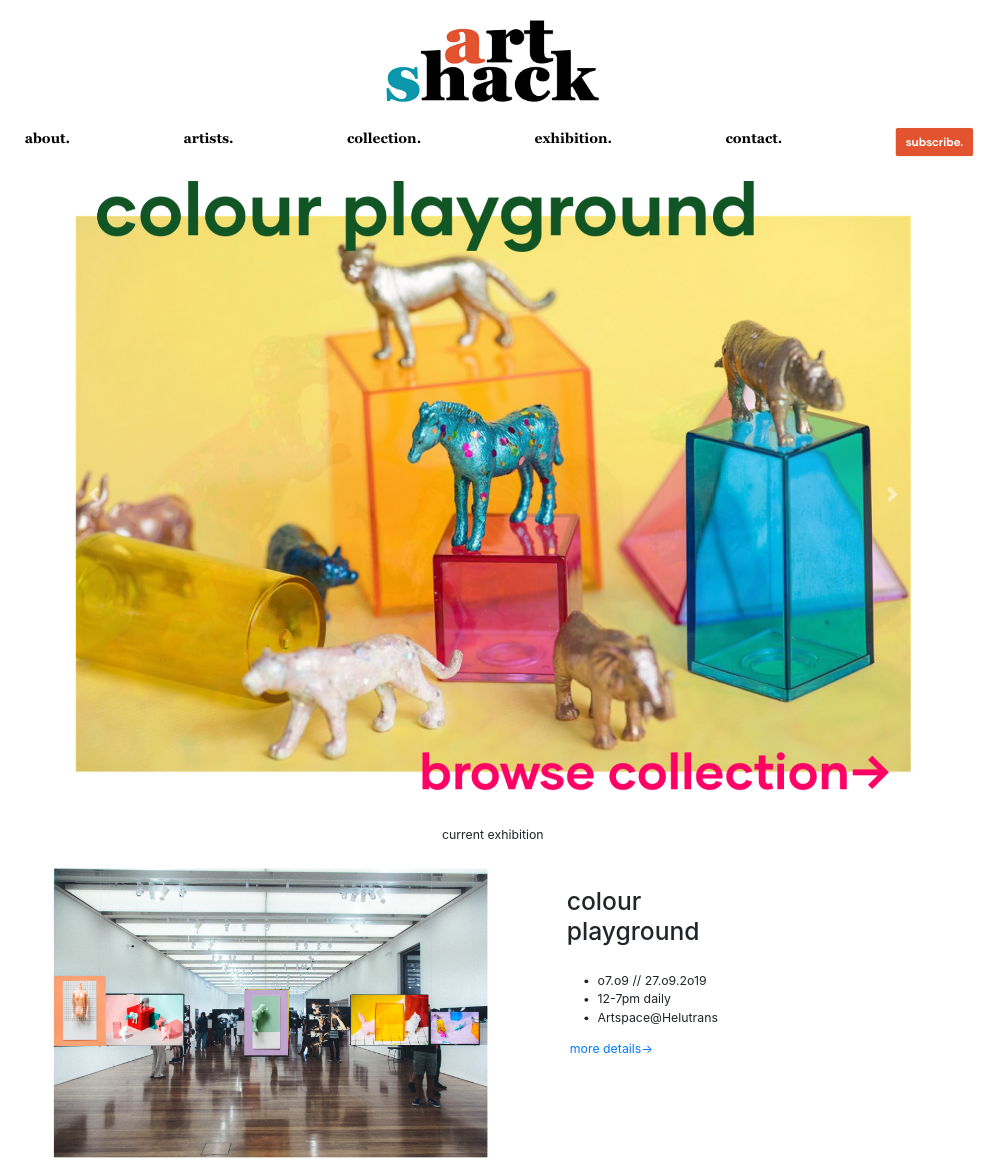
Repository: lynette-lyf/artshack
Page: index.html
The author's editor kept a record of every edit. The page is drawn from the files as they stood at one moment, then again after the next edit.
The browser window is 1280 px wide. The pictures show the whole page, at 77% of full size.

Above is the page before.

After the next edit:
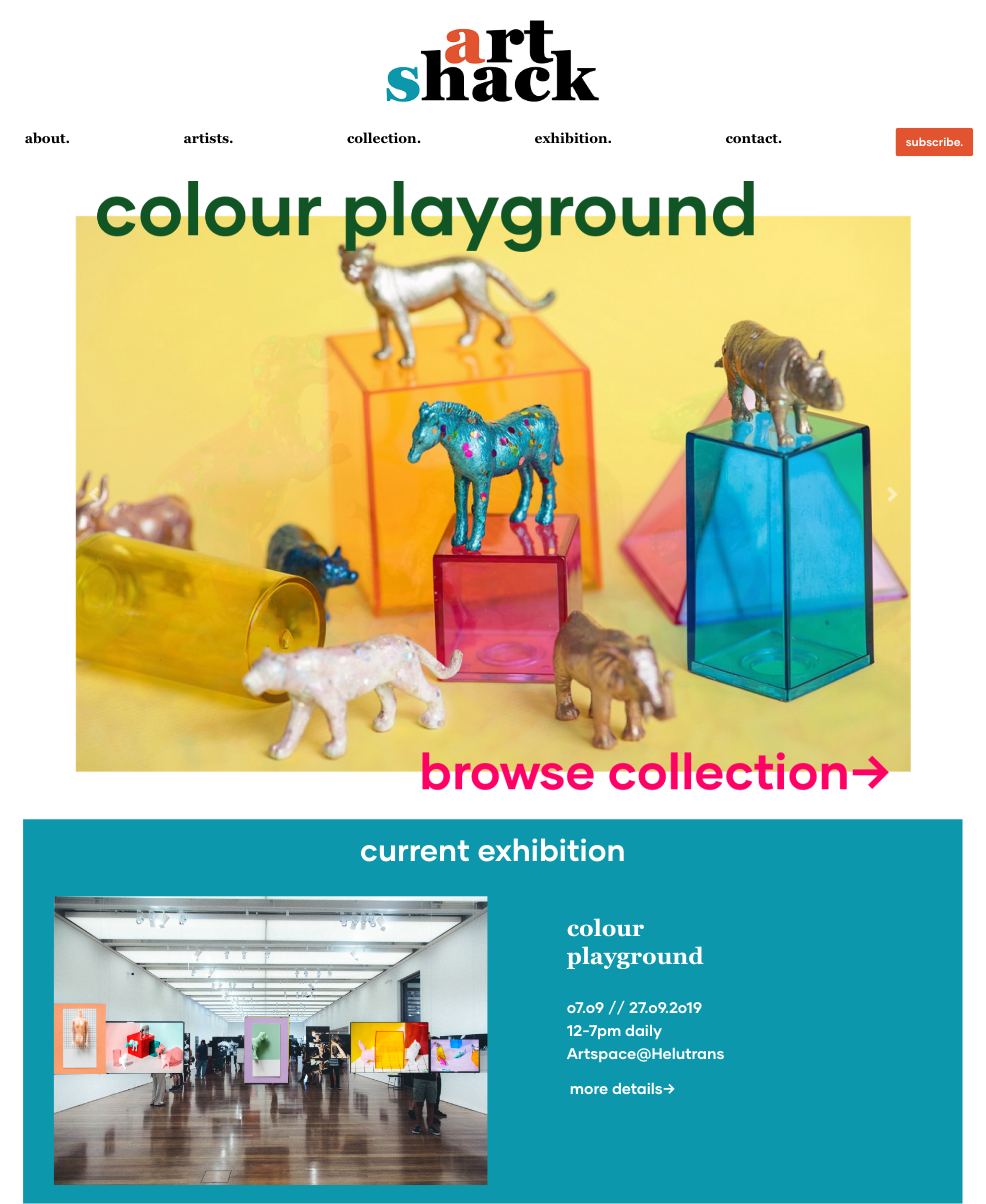
The edit:
--- a/index.html
+++ b/index.html
@@ -146,21 +146,42 @@
       color: orange;
     }
 
-.container-fluid-collection,
-.container-fluid-imagegallery {
-  background-color: rgb(226,83,47);
-}
-
-.container-fluid-collection p {
-  font-family: GilmerBold;
-  font-size: 20px;
-  color: white;
-}
-
-.container-fluid-collection p span:hover {
-  color: rgb(221,160,81);
-}
-
+    .container-fluid-exhibition {
+      background-color: rgb(13, 151, 172);
+    }
+
+    .container-fluid-exhibition #current-exhibition,
+    .container-fluid-contact #contact,
+    .container-fluid-collection #collection {
+      font-family: GilmerBold;
+      font-size: 40px;
+      color: white;
+    }
+
+    h2 {
+      font-family: Georgia-Bold;
+      font-size: 30px;
+      color: white;
+    }
+
+    .container-fluid-exhibition ul {
+      list-style: none;
+      font-family: GilmerBold;
+      font-size: 20px;
+      color: white;
+      padding: 0;
+    }
+
+    .container-fluid-exhibition .row a {
+      text-decoration: none;
+      font-family: GilmerBold;
+      font-size: 20px;
+      color: white;
+    }
+
+    .container-fluid-exhibition .row a:hover {
+      color: rgb(221, 160, 51);
+    }
   </style>
   </head>
 
